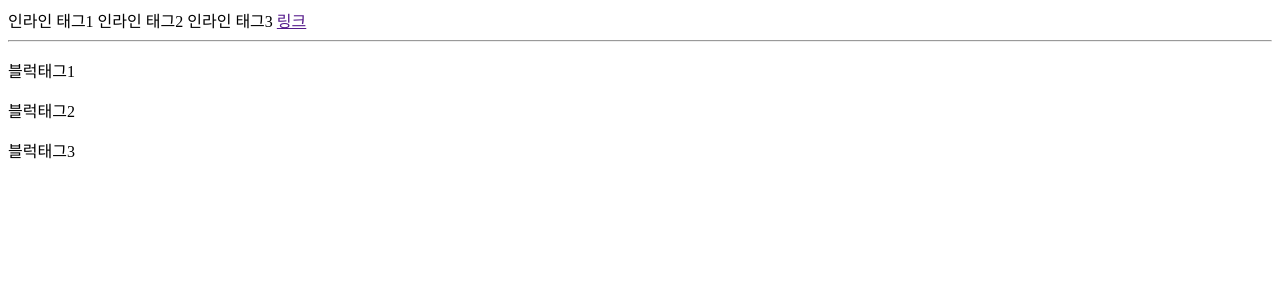
Repository: dnjs0/HCJ
Page: ClientTest/src/main/webapp/ex13_tag.html
These files come from the project's save history. The page is drawn as it stood at one moment and after the next save; the edit follows.
The browser window is 1280 px wide. The pictures show the whole page.

Above is the page before, as saved 2025-02-11 05:09:19.

### ClientTest/src/main/webapp/ex13_tag.html
<!DOCTYPE html>
<html lang="ko">
<head>
	<meta charset="UTF-8">
	<title>Insert title here</title>
</head>
<body>
    <!-- ex13_tag.html -->
    <!--

        인라인 태그 vs 블럭 태그
        - 모든 태그들은 위의 두 분류 중 하나에 속한다.
        - 태그가 랜더링(출력)될때 나타나는 특징에 따른 분류

        인라인 태그, Inline Tag
        - 자신의 내용물을 인접한 다른 태그의 내용물과 같은 라인에 출력한다.


        블럭 태그, Block Tag
        - 자신의 내용물을 인접한 다른 태그의 내용물과 다른 라인에 출력한다.

     -->

     <font>인라인 태그1</font>
     <font>인라인 태그2</font>
     <font>인라인 태그3</font>
     <a href="">링크</a>

     <hr>
     <p>블럭태그1</p>
     <p>블럭태그2</p>
     <p>블럭태그3</p>

</body>
</html>

After the next save:
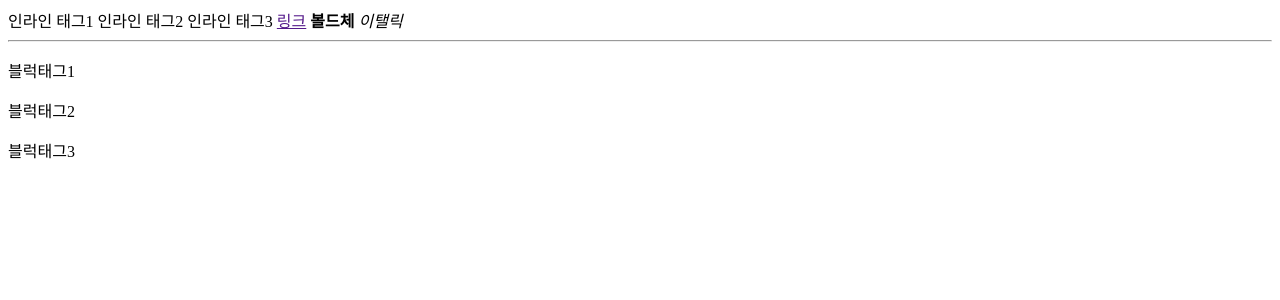
Saved 24 s later.
--- a/ClientTest/src/main/webapp/ex13_tag.html
+++ b/ClientTest/src/main/webapp/ex13_tag.html
@@ -25,6 +25,8 @@
      <font>인라인 태그2</font>
      <font>인라인 태그3</font>
      <a href="">링크</a>
+     <b>볼드체</b>
+     <i>이탤릭</i>
 
      <hr>
      <p>블럭태그1</p>
